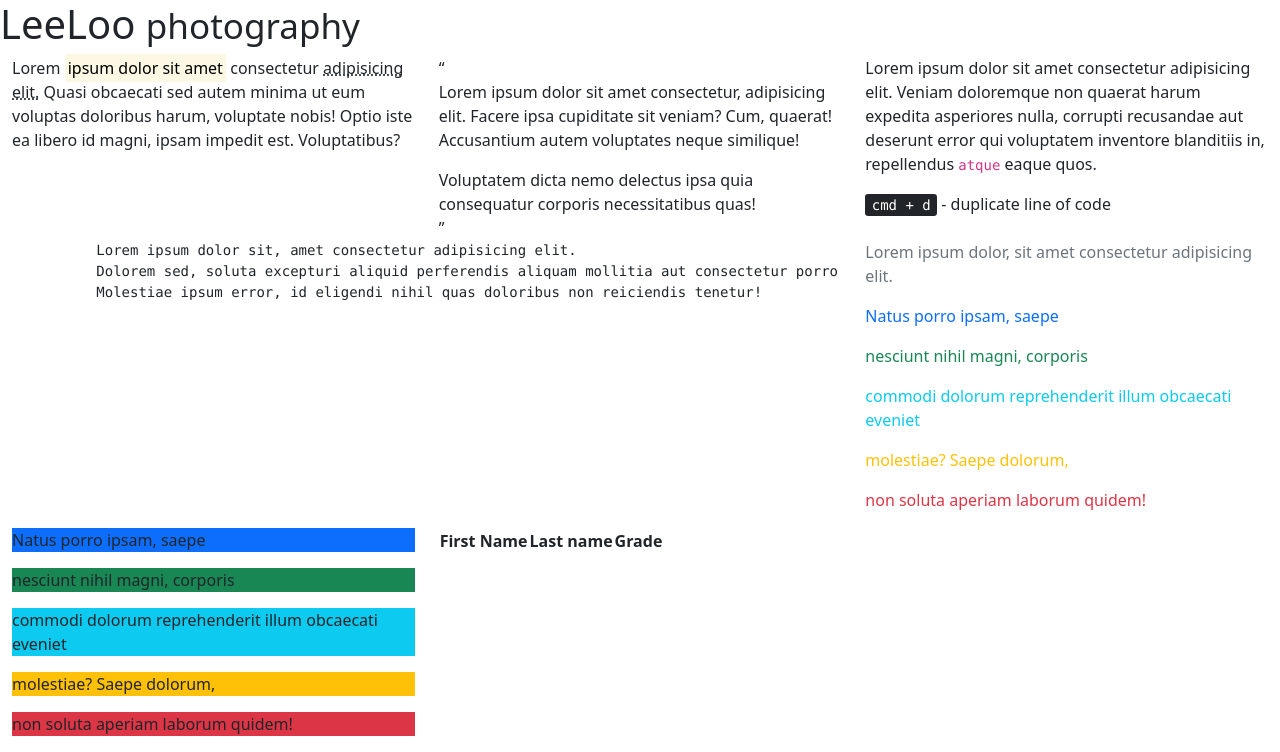
Repository: Zyzik-33/bootstrap-test
Page: index.html
These files come from the project's save history. The page is drawn as it stood at one moment and after the next save; the edit follows.
The browser window is 1280 px wide. The pictures show the whole page.

Above is the page before, as saved 2021-01-27 15:39:15.

After the next save:
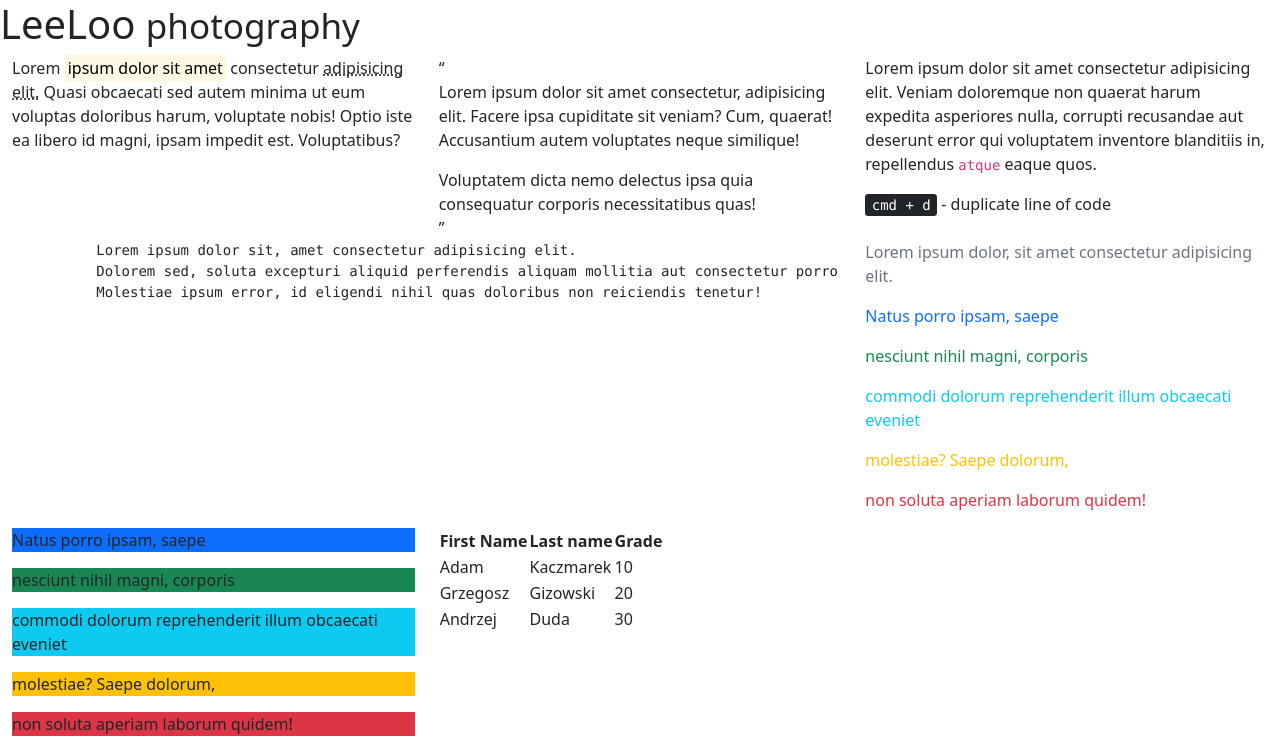
Saved 97 s later.
--- a/index.html
+++ b/index.html
@@ -73,19 +73,19 @@
           </thead>
           <tbody>
             <tr>
-              <td></td>
-              <td></td>
-              <td></td>
+              <td>Adam</td>
+              <td>Kaczmarek</td>
+              <td>10</td>
             </tr>
             <tr>
-              <td></td>
-              <td></td>
-              <td></td>
+              <td>Grzegosz</td>
+              <td>Gizowski</td>
+              <td>20</td>
             </tr>
             <tr>
-              <td></td>
-              <td></td>
-              <td></td>
+              <td>Andrzej</td>
+              <td>Duda</td>
+              <td>30</td>
             </tr>
           </tbody>
         </table>
